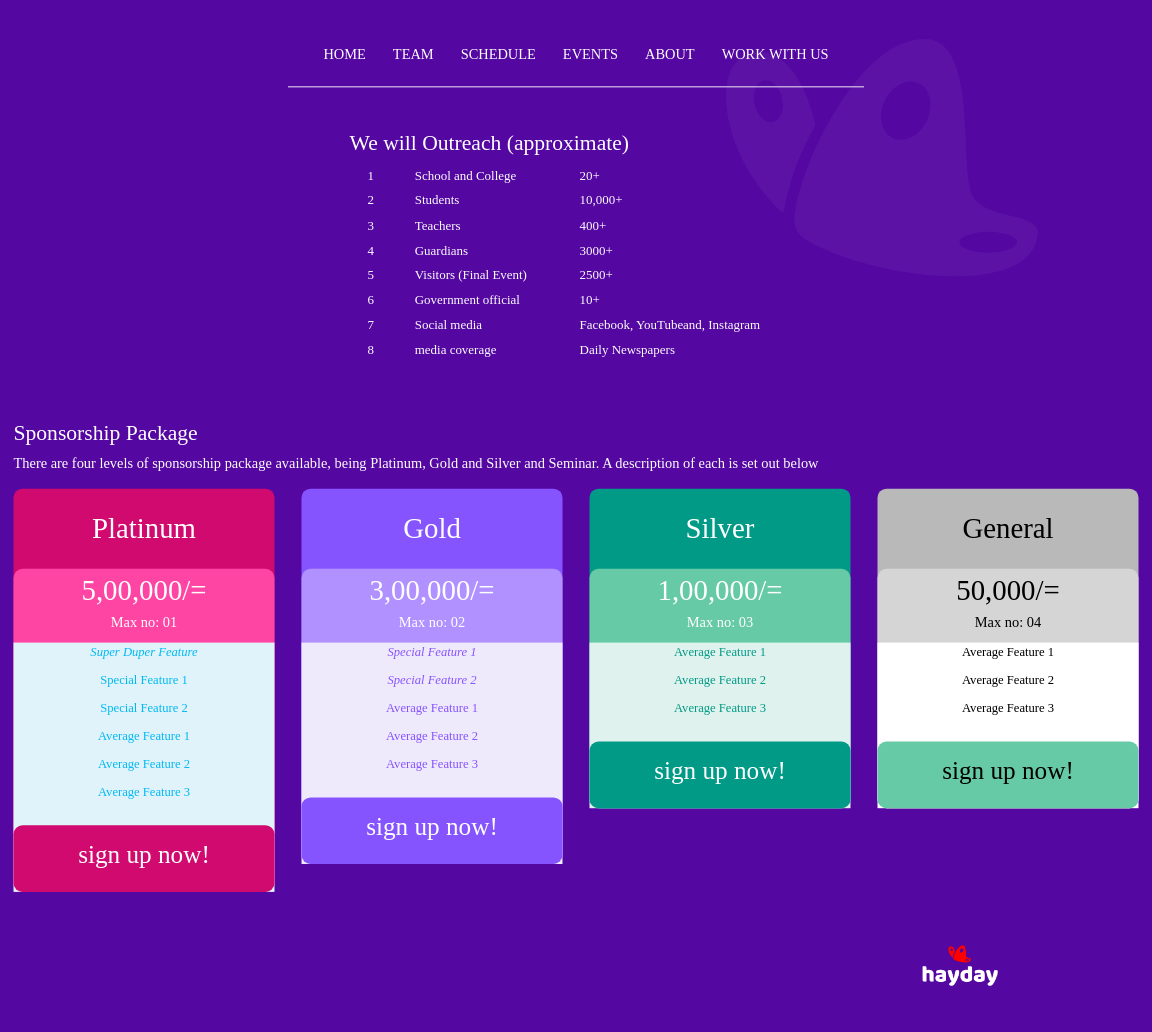
Repository: im1971/company-web
Page: workWithUs.html
The author's editor kept a copy of each file at every save. The page is drawn from the files as they stood at one save, then again after the next save.
The browser window is 1280 px wide. The pictures show the whole page, at 90% of full size.
The pointer rests on the first visible `.general .price-package .sign-up`.
Some web fonts or font styles are not loaded; a fallback is used.

Above is the page before, as saved 2020-01-26 12:47:50.

### workWithUs.html
<!DOCTYPE html>
<html>

<head>
    <title>hayday</title>
    <link rel="shortcut icon" type="img/x-icon" href="img/fav.png" />
    <link rel="stylesheet" href="css/mdb.min.css">
    <link rel="stylesheet" href="css/bootstrap.min.css">
    <link rel="stylesheet" href="css/fontawesome.min.css">
    <link rel="stylesheet" href="css/all.min.css">
    <link rel="stylesheet" href="css/style.css">
    <!-- fonts -->
    <link href="https://fonts.googleapis.com/css?family=Baloo+Bhai&display=swap" rel="stylesheet">
    <!-- fonts -->

</head>

<body>

    <div class="wrap_hayday">
        <div class="back_img"></div>
        <div class="container-fluid">
            <div class="row justify-content-center pb-5">
                <div class="col-md-12">
                    <nav class="navbar navbar-expand-lg">
                        <button class="navbar-toggler" type="button" data-toggle="collapse" data-target="#navbarSupportedContent" aria-controls="navbarSupportedContent" aria-expanded="false" aria-label="Toggle navigation">
                          <span class="navbar-toggler-icon"></span>
                        </button>

                        <div class="collapse navbar-collapse" id="navbarSupportedContent">

                            <ul class="navbar-nav m-auto text-uppercase">
                                <li class="nav-item active">
                                    <a class="nav-link" href="index.html">Home</a>
                                </li>
                                <li class="nav-item">
                                    <a class="nav-link" href="#">Team</a>
                                </li>
                                <li class="nav-item">
                                    <a class="nav-link" href="#">SCHEDULE</a>
                                </li>
                                <li class="nav-item">
                                    <a class="nav-link" href="#">Events</a>
                                </li>
                                <li class="nav-item">
                                    <a class="nav-link" href="about.html">About</a>
                                </li>
                                <li class="nav-item">
                                    <a class="nav-link" href="workWithUs.html">Work With us</a>
                                </li>
                            </ul>
                        </div>
                    </nav>
                </div>
                <div class="col-md-6 border_deco pt-3"></div>
            </div>
            <!-- <div class="container"> -->
            <div class="row justify-content-center">
                <div class="col-md-5 outreach">
                    <h4>We will Outreach (approximate)</h4>
                    <div class="table-responsive table-sm">
                        <table class="table">
                            <tbody>
                                <tr>
                                    <td>1</td>
                                    <td>School and College</td>
                                    <td>20+</td>
                                </tr>
                                <tr>
                                    <td>2</td>
                                    <td>Students</td>
                                    <td>10,000+</td>
                                </tr>
                                <tr>
                                    <td>3</td>
                                    <td>Teachers</td>
                                    <td>400+</td>
                                </tr>
                                <tr>
                                    <td>4</td>
                                    <td>Guardians</td>
                                    <td>3000+</td>
                                </tr>
                                <tr>
                                    <td>5</td>
                                    <td>Visitors (Final Event)</td>
                                    <td>2500+</td>
                                </tr>
                                <tr>
                                    <td>6</td>
                                    <td>Government official</td>
                                    <td>10+</td>
                                </tr>
                                <tr>
                                    <td>7</td>
                                    <td>Social media</td>
                                    <td>Facebook, YouTubeand, Instagram</td>
                                </tr>
                                <tr>
                                    <td>8</td>
                                    <td>media coverage</td>
                                    <td>Daily Newspapers</td>
                                </tr>
                            </tbody>
                        </table>
                    </div>
                </div>
            </div>
            <div class="row justify-content-center sponsor_table mt-5">
                <div class="col-md-12">
                    <h4>Sponsorship Package</h4>
                    <p>
                        There are four levels of sponsorship package available, being Platinum, Gold and Silver and Seminar. A description of each is set out below
                    </p>
                </div>
                <div class="col-md-3">
                    <div class="superduper">
                        <div class="price-package">
                            <div class="package-name">
                                <h2>Platinum</h2>
                            </div>
                            <div class="package-price">
                                <div class="package-arrow"></div>
                                <div class="price">
                                    <span>5,00,000/=</span>
                                </div>
                                <div class="term">
                                    <span>Max no: 01</span>
                                </div>
                                <div class="package-features">
                                    <div class="package-arrow"></div>
                                    <ul>
                                        <li><em>Super Duper Feature</em></li>
                                        <li>Special Feature 1</li>
                                        <li>Special Feature 2</li>
                                        <li>Average Feature 1</li>
                                        <li>Average Feature 2</li>
                                        <li>Average Feature 3</li>
                                    </ul>
                                    <button class="sign-up">
                                <h3>sign up now!</h3>
                              </button>
                                </div>
                            </div>
                        </div>
                    </div>
                </div>
                <div class="col-md-3">
                    <div class="special">
                        <div class="price-package">
                            <div class="package-name">
                                <h2>Gold</h2>
                            </div>
                            <div class="package-price">
                                <div class="package-arrow"></div>
                                <div class="price">
                                    <span>3,00,000/=</span>
                                </div>
                                <div class="term">
                                    <span>Max no: 02</span>
                                </div>
                                <div class="package-features">
                                    <div class="package-arrow"></div>
                                    <ul>
                                        <li><em>Special Feature 1</em></li>
                                        <li><em>Special Feature 2</em></li>
                                        <li>Average Feature 1</li>
                                        <li>Average Feature 2</li>
                                        <li>Average Feature 3</li>
                                    </ul>
                                    <button class="sign-up">
                                <h3>sign up now!</h3>
                              </button>
                                </div>
                            </div>
                        </div>
                    </div>
                </div>

                <div class="col-md-3">
                    <div class="average">
                        <div class="price-package">
                            <div class="package-name">
                                <h2>Silver</h2>
                            </div>
                            <div class="package-price">
                                <div class="package-arrow"></div>
                                <div class="price">
                                    <span>1,00,000/=</span>
                                </div>
                                <div class="term">
                                    <span>Max no: 03</span>
                                </div>
                                <div class="package-features">
                                    <div class="package-arrow"></div>
                                    <ul>
                                        <li>Average Feature 1</li>
                                        <li>Average Feature 2</li>
                                        <li>Average Feature 3</li>
                                    </ul>
                                    <button class="sign-up">
                                  <h3>sign up now!</h3>
                                </button>
                                </div>
                            </div>
                        </div>
                    </div>

                </div>
                <div class="col-md-3">
                    <div class="general">
                        <div class="price-package">
                            <div class="package-name">
                                <h2>General</h2>
                            </div>
                            <div class="package-price">
                                <div class="package-arrow"></div>
                                <div class="price">
                                    <span>50,000/=</span>
                                </div>
                                <div class="term">
                                    <span>Max no: 04</span>
                                </div>
                                <div class="package-features">
                                    <div class="package-arrow"></div>
                                    <ul>
                                        <li>Average Feature 1</li>
                                        <li>Average Feature 2</li>
                                        <li>Average Feature 3</li>
                                    </ul>
                                    <button class="sign-up">
                                  <h3>sign up now!</h3>
                                </button>
                                </div>
                            </div>
                        </div>
                    </div>

                </div>

            </div>
            <!-- </div> -->
            <div class="row justify-content-end my-5">
                <div class="col-md-4 m-autp">
                    <div class="middle_body">
                        <div class="logo">
                            <img src="img/logo.png" alt="" style="height: 50px">
                        </div>
                        <!-- <p>Read about our Inspiration</p> -->
                    </div>
                </div>
            </div>
        </div>
    </div>
    </div>



    <!-- <script src="https://code.jquery.com/jquery-3.4.1.slim.min.js" integrity="sha384-J6qa4849blE2+poT4WnyKhv5vZF5SrPo0iEjwBvKU7imGFAV0wwj1yYfoRSJoZ+n" crossorigin="anonymous"></script>
    <script src="https://cdn.jsdelivr.net/npm/popper.js@1.16.0/dist/umd/popper.min.js" integrity="sha384-Q6E9RHvbIyZFJoft+2mJbHaEWldlvI9IOYy5n3zV9zzTtmI3UksdQRVvoxMfooAo" crossorigin="anonymous"></script>
    <script src="https://stackpath.bootstrapcdn.com/bootstrap/4.4.1/js/bootstrap.min.js" integrity="sha384-wfSDF2E50Y2D1uUdj0O3uMBJnjuUD4Ih7YwaYd1iqfktj0Uod8GCExl3Og8ifwB6" crossorigin="anonymous"></script> -->

    <script type="text/javascript" src="js/jquery.min.js"></script>
    <!-- Bootstrap tooltips -->
    <script type="text/javascript" src="js/popper.min.js"></script>
    <!-- Bootstrap core JavaScript -->
    <script type="text/javascript" src="js/bootstrap.min.js"></script>
    <!-- MDB core JavaScript -->
    <script type="text/javascript" src="js/mdb.min.js"></script>


</body>

</html>

### css/style.css
body {
    padding: 0;
    margin: 0;
    background: #5407A1 !important;
    color: #fff !important;
    font-family: 'Baloo Bhai', cursive;
    position: relative;
}


/* global */

html {
    overflow: scroll;
    overflow-x: hidden;
}

::-webkit-scrollbar {
    width: 0px;
    /* Remove scrollbar space */
    background: transparent;
    /* Optional: just make scrollbar invisible */
}


/* Optional: show position indicator in red */

::-webkit-scrollbar-thumb {
    background: #FF0000;
}


/* global */

.back_img {
    background-image: url(../img/back.png);
    height: 350px;
    width: 600px;
    position: absolute;
    background-position: center center;
    background-size: cover;
    opacity: 5%;
    /* top: 30%; */
    right: 0;
}


/* header */

.wrap_hayday .navbar {
    box-shadow: none;
}

.wrap_hayday .container-fluid {
    min-height: 100vh;
}

.wrap_hayday nav .nav-link {
    padding-right: 15px !important;
    padding-left: 15px !important;
    color: #fff;
    font-family: 'Baloo Bhai', cursive;
}

.wrap_hayday .border_deco {
    border-bottom: .25px solid #fff;
}

.wrap_hayday nav .nav-link:hover {
    color: #FF0000;
    transition-duration: 0.5s;
}

.wrap_hayday .navbar {
    padding: 40px;
    padding-bottom: 0;
}


/* header */


/* middle body */

.wrap_hayday .middle_body {
    text-align: center;
}

.wrap_hayday .middle_body .logo img {
    /* background-image: url(logo.png); */
    height: 100px;
}

.wrap_hayday .others_page_middle {
    text-align: center;
    position: absolute;
    right: 30px;
    bottom: 0;
}

.wrap_hayday .others_page_middle img {
    height: 70px;
}


/* middle body */


/* footer-body */

.myprogress {
    min-width: 100%;
    margin: 0px auto;
    text-align: center;
}

.myprogress .circle {
    display: inline-block;
    background: #fff;
    width: 50px;
    height: 50px;
    border-radius: 80px;
    border: 1px solid #d5d5da;
    cursor: pointer;
}

.myprogress .circle:hover {
    background: #FF0000;
    color: #5407A1;
    transition-duration: 0.5s;
}

.myprogress .bar {
    position: relative;
    width: 100px;
    padding-right: 15px;
    font-family: none;
    /* height: 2px; */
    /* top: 10px; */
    /* border: 0px solid #fff; */
}

.myprogress .circle .label {
    display: inline-block;
    width: 40px;
    height: 40px;
    line-height: 30px;
    border-radius: 40px;
    font-size: 24px;
}

.myprogress .circle .title {
    color: #5407A1;
    font-size: 24px;
    line-height: 50px;
    cursor: pointer;
}

.myprogress .circle .title:hover {
    color: #fff;
}

.myprogress i {
    font-size: 11px;
}

.myprogress .abc {
    animation: pulse 1s infinite;
    color: #FF0000;
}

.myprogress .pulse {
    -webkit-animation-duration: 3s;
    -webkit-animation-delay: 2s;
    -webkit-animation-iteration-count: 5;
}


/* footer-body */


/* about hayday */

.accordion .card-header {
    padding: 0;
    background: #5407A1;
    margin-bottom: 0;
}

.accordion .card-header .btn-link {
    color: #fff;
    padding: 0;
}

.accordion .card {
    border: none;
    border-radius: 0;
}

.accordion i {
    position: absolute;
    right: 10px;
    top: 5px;
}

.accordion p {
    color: #000;
    font-family: serif;
    font-size: 15px;
}

.accordion h4 {
    color: #000;
    font-family: serif;
    font-weight: 700 !important;
    font-size: 22px;
}


/* about hayday */


/* work with us */

.outreach table.table th,
table.table td {
    padding: 3px 20px;
    color: #fff;
    border: none;
    font-family: auto;
}


/* work with us */


/* pricing table */

.sponsor_table {
    font-family: auto;
}

.price-package {
    padding-top: 25px;
    margin-bottom: 10px;
    text-align: center;
    -moz-border-radius-topleft: 10px;
    -moz-border-radius-topright: 10px;
    -webkit-border-top-left-radius: 10px;
    -webkit-border-top-right-radius: 10px;
    -moz-border-radius-bottomleft: 10px;
    -moz-border-radius-bottomright: 10px;
    -webkit-border-bottom-left-radius: 10px;
    -webkit-border-bottom-right-radius: 10px;
}

.price-package .package-name {
    font-size: 1.4rem;
}

.price-package .package-price {
    -moz-border-radius-topleft: 10px;
    -moz-border-radius-topright: 10px;
    -webkit-border-top-left-radius: 10px;
    -webkit-border-top-right-radius: 10px;
    -moz-border-radius-bottomleft: 10px;
    -moz-border-radius-bottomright: 10px;
    -webkit-border-bottom-left-radius: 10px;
    -webkit-border-bottom-right-radius: 10px;
    margin-top: 25px;
}

.price-package .package-price .price sup {
    font-size: 1.6rem;
    position: absolute;
    top: 6px;
    left: -12px;
}

.price-package .package-price .price span {
    font-size: 2rem;
}

.price-package .package-features ul {
    font-size: 14px;
    margin: 0;
    padding: 0;
    list-style: none;
}

.price-package .package-features ul li {
    margin: 10px auto;
    padding: 0;
}

.price-package .sign-up {
    -moz-border-radius-topleft: 10px;
    -moz-border-radius-topright: 10px;
    -webkit-border-top-left-radius: 10px;
    -webkit-border-top-right-radius: 10px;
    -moz-border-radius-bottomleft: 10px;
    -moz-border-radius-bottomright: 10px;
    -webkit-border-bottom-left-radius: 10px;
    -webkit-border-bottom-right-radius: 10px;
    padding: 16.66666667px 0;
    margin-top: 16.66666667px;
    width: 100%;
    outline: none;
    border: none;
    cursor: pointer;
}

.average .price-package {
    background-color: #009a86;
}

.average .price-package .package-name {
    color: white;
}

.average .price-package .package-price {
    background-color: #66CAA6;
    color: white;
}

.average .price-package .package-features {
    background-color: #e0f2ed;
    color: #009a86;
}

.average .price-package .sign-up {
    background-color: #009a86;
    color: white;
    transition: background-color 0.5s ease;
}

.average .price-package .sign-up:hover {
    background-color: #66CAA6;
}


/* .average .price-package .sign-up:active {
    background-color: #e0f2ed;
} */

.average .price-package .package-price .package-arrow {
    border-top-color: #009a86;
}

.average .price-package .package-features .package-arrow {
    border-top-color: #66CAA6;
}

.average .price-package .sign-up .package-arrow {
    border-top-color: #e0f2ed;
}

.special .price-package {
    background-color: #8654ff;
}

.special .price-package .package-name {
    color: white;
}

.special .price-package .package-price {
    background-color: #b191ff;
    color: white;
}

.special .price-package .package-features {
    background-color: #efe9fc;
    color: #8654ff;
}

.special .price-package .sign-up {
    background-color: #8654ff;
    color: white;
    transition: background-color 0.5s ease;
}

.special .price-package .sign-up:hover {
    background-color: #b191ff;
}


/* .special .price-package .sign-up:active {
    background-color: #efe9fc;
} */

.special .price-package .package-price .package-arrow {
    border-top-color: #8654ff;
}

.special .price-package .package-features .package-arrow {
    border-top-color: #b191ff;
}

.special .price-package .sign-up .package-arrow {
    border-top-color: #efe9fc;
}

.superduper .price-package {
    background-color: #d00a6e;
}

.superduper .price-package .package-name {
    color: white;
}

.superduper .price-package .package-price {
    background-color: #ff45a3;
    color: white;
}

.superduper .price-package .package-features {
    background-color: #e0f2fa;
    color: #00b9f2;
}

.superduper .price-package .sign-up {
    background-color: #d00a6e;
    color: white;
    transition: background-color 0.5s ease;
}

.superduper .price-package .sign-up:hover {
    background-color: #ff45a3;
}


/* .superduper .price-package .sign-up:active {
    background-color: #e0f2fa;
} */

.superduper .price-package .package-price .package-arrow {
    border-top-color: #ff45a3;
}

.superduper .price-package .package-features .package-arrow {
    border-top-color: #7dd4fe;
}

.superduper .price-package .sign-up .package-arrow {
    border-top-color: #e0f2fa;
}

.general .price-package {
    background-color: #b9b9b9;
}

.general .price-package .package-name {
    color: #000;
}

.general .price-package .package-price {
    background-color: #d5d5d5;
    color: #000;
}

.general .price-package .package-features {
    background-color: #fff;
    color: #000;
}

.general .price-package .sign-up {
    background-color: #d5d5d5;
    color: #000;
    transition: background-color 0.5s ease;
}

.general .price-package .sign-up:hover {
    background-color: #66CAA6;
}


/* .general .price-package .sign-up:active {
    background-color: lightgray;
} */

.general .price-package .package-price .package-arrow {
    border-top-color: #d5d5d5;
}

.general .price-package .package-features .package-arrow {
    border-top-color: #66CAA6;
}

.general .price-package .sign-up .package-arrow {
    border-top-color: #e0f2ed;
}


/* pricing table */

Loaded but not shown: css/mdb.min.css (library); css/bootstrap.min.css (library); css/fontawesome.min.css (library); css/all.min.css (library); js/jquery.min.js (library); js/popper.min.js (library); js/bootstrap.min.js (library); js/mdb.min.js (library)

After the next save:
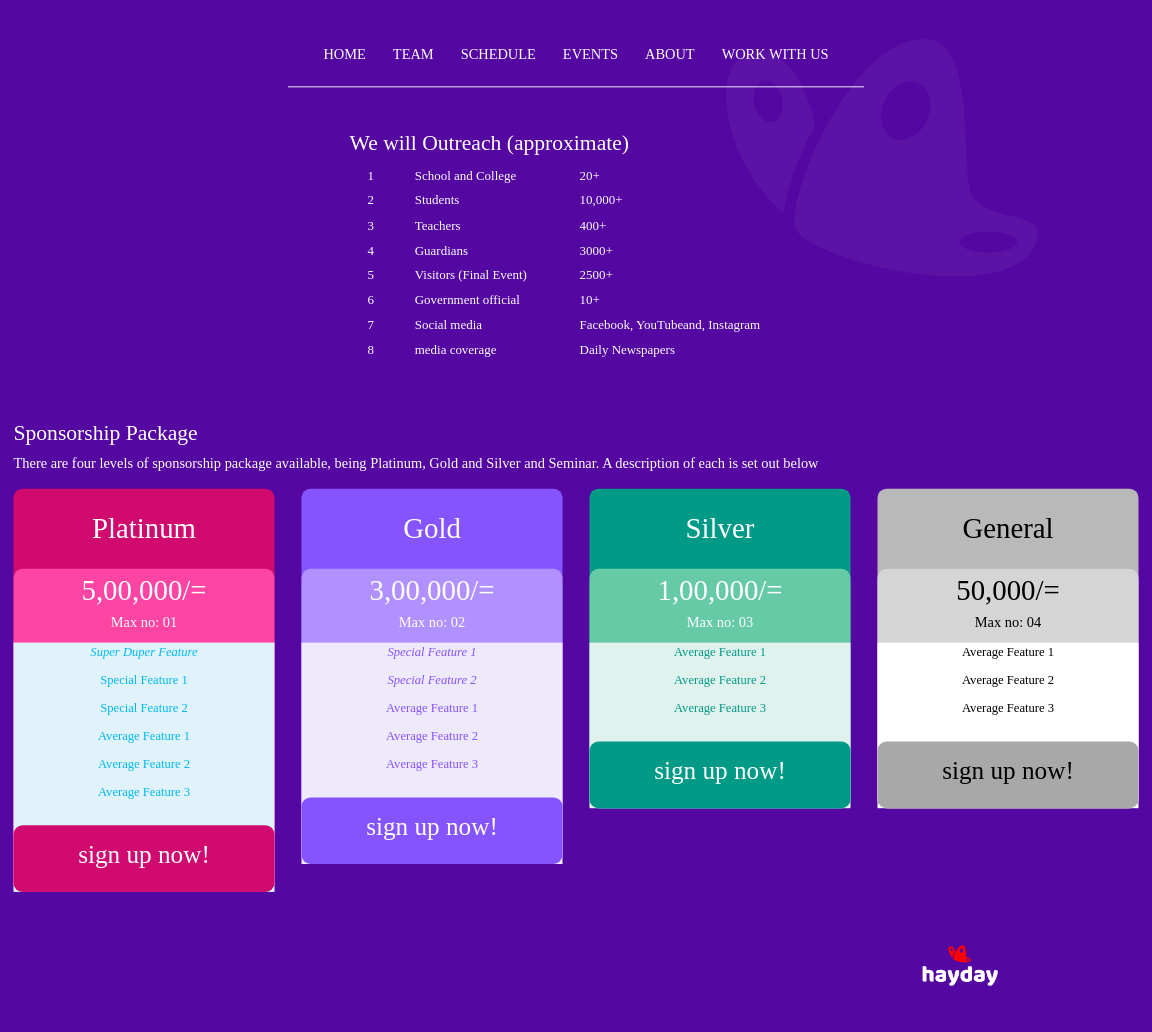
Saved 68 s later.
--- a/css/style.css
+++ b/css/style.css
@@ -470,7 +470,7 @@ table.table td {
 }
 
 .general .price-package .sign-up:hover {
-    background-color: #66CAA6;
+    background-color: #a9a8a8;
 }
 
 
